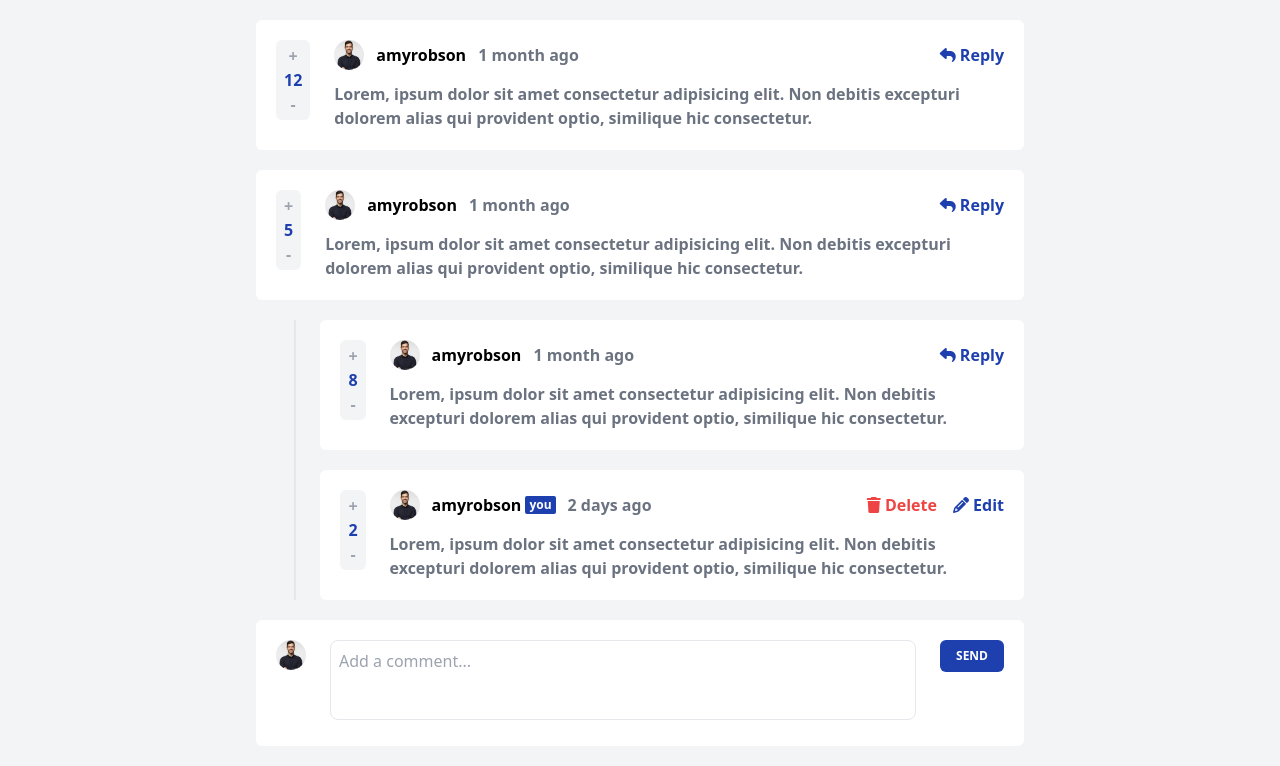
Repository: SmanSayeed/tailwind-work
Page: index.html
An editor plug-in stored every save of this project. The page is shown before and after the next save, followed by the edit.
The browser window is 1280 px wide. The pictures show the whole page.
Some web libraries are served in a nearby version.

Above is the page before, as saved 2024-03-15 16:02:29.

### index.html
<!DOCTYPE html>
<html>
  <head>
    <meta charset="UTF-8" />
    <meta name="viewport" content="width=device-width, initial-scale=1.0" />
    <script src="https://cdn.tailwindcss.com"></script>
    <link
      rel="stylesheet"
      href="https://cdnjs.cloudflare.com/ajax/libs/font-awesome/6.5.1/css/all.min.css"
    />
  </head>
  <!-- bg-[#F5F6FA]  -->
  <body class="bg-gray-100">
    <!-- container  -->
    <div
      class="flex justify-center items-end flex-col gap-5 lg:w-[60%] mx-auto my-5"
    >
      <!-- card div  -->
      <div
        class="w-full p-5 rounded rounded-md bg-white flex justify-start items-start gap-6"
      >
        <!-- increment decrement part  -->
        <div
          class="flex flex-col justify-between items-center bg-gray-100 py-1 px-2 rounded-md"
        >
          <div class="text-gray-400 text-base font-semibold">+</div>
          <div class="text-blue-800 font-bold text-base">12</div>
          <div class="text-gray-400 text-base font-semibold">-</div>
        </div>
        <!-- increment decrement part end -->

        <div class="flex flex-col justify-start items-start gap-3">
          <div class="flex flex-row justify-between items-center w-full">
            <div class="flex justify-start items-center gap-3">
              <img
                src="image.jpeg"
                alt="image"
                class="h-[30px] w-[30px] rounded-full"
              />
              <div class="text-base font-bold">amyrobson</div>
              <div class="text-base text-gray-500 font-semibold">
                1 month ago
              </div>
            </div>
            <div class="text-base font-bold text-blue-800">
              <i class="fa fa-reply" aria-hidden="true"></i>
              Reply
            </div>
          </div>

          <div class="text-base text-gray-500 font-semibold">
            Lorem, ipsum dolor sit amet consectetur adipisicing elit. Non
            debitis excepturi dolorem alias qui provident optio, similique hic
            consectetur.
          </div>
        </div>
      </div>
      <!-- card div end  -->

        <!-- card div  -->
        <div
        class="w-full p-5 rounded rounded-md bg-white flex justify-start items-start gap-6"
      >
        <!-- increment decrement part  -->
        <div
          class="flex flex-col justify-between items-center bg-gray-100 py-1 px-2 rounded-md"
        >
          <div class="text-gray-400 text-base font-semibold">+</div>
          <div class="text-blue-800 font-bold text-base">5</div>
          <div class="text-gray-400 text-base font-semibold">-</div>
        </div>
        <!-- increment decrement part end -->

        <div class="flex flex-col justify-start items-start gap-3">
          <div class="flex flex-row justify-between items-center w-full">
            <div class="flex justify-start items-center gap-3">
              <img
                src="image.jpeg"
                alt="image"
                class="h-[30px] w-[30px] rounded-full"
              />
              <div class="text-base font-bold">amyrobson</div>
              <div class="text-base text-gray-500 font-semibold">
                1 month ago
              </div>
            </div>
            <div class="text-base font-bold text-blue-800">
              <i class="fa fa-reply" aria-hidden="true"></i>
              Reply
            </div>
          </div>

          <div class="text-base text-gray-500 font-semibold">
            Lorem, ipsum dolor sit amet consectetur adipisicing elit. Non
            debitis excepturi dolorem alias qui provident optio, similique hic
            consectetur.
          </div>
        </div>
      </div>
      <!-- card div end  -->

      <!-- nested card container start  -->
      <div
        class="w-[95%] pl-6 rounded-r-md border-l-2 border-l-gray-200 flex justify-end flex-col items-start gap-5"
      >
        <!-- nested card  -->
        <div
          class="w-full p-5 rounded rounded-md bg-white flex justify-start items-start gap-6"
        >
          <!-- increment decrement part  -->
          <div
            class="flex flex-col justify-between items-center bg-gray-100 py-1 px-2 rounded-md"
          >
            <div class="text-gray-400 text-base font-semibold">+</div>
            <div class="text-blue-800 font-bold text-base">8</div>
            <div class="text-gray-400 text-base font-semibold">-</div>
          </div>
          <!-- increment decrement part end -->

          <div class="flex flex-col justify-start items-start gap-3">
            <div class="flex flex-row justify-between items-center w-full">
              <div class="flex justify-start items-center gap-3">
                <img
                  src="image.jpeg"
                  alt="image"
                  class="h-[30px] w-[30px] rounded-full"
                />
                <div class="text-base font-bold">amyrobson</div>
                <div class="text-base text-gray-500 font-semibold">
                  1 month ago
                </div>
              </div>
              <div class="flex gap-2">
                <div class="text-base font-bold text-blue-800">
                  <i class="fa fa-reply" aria-hidden="true"></i>
                  Reply
                </div>
              </div>
            </div>

            <div class="text-base text-gray-500 font-semibold">
              Lorem, ipsum dolor sit amet consectetur adipisicing elit. Non
              debitis excepturi dolorem alias qui provident optio, similique hic
              consectetur.
            </div>
          </div>
        </div>
        <!-- nested card end -->

           <!-- nested card  -->
           <div
           class="w-full p-5 rounded rounded-md bg-white flex justify-start items-start gap-6"
         >
           <!-- increment decrement part  -->
           <div
             class="flex flex-col justify-between items-center bg-gray-100 py-1 px-2 rounded-md"
           >
             <div class="text-gray-400 text-base font-semibold">+</div>
             <div class="text-blue-800 font-bold text-base">2</div>
             <div class="text-gray-400 text-base font-semibold">-</div>
           </div>
           <!-- increment decrement part end -->

           <div class="flex flex-col justify-start items-start gap-3">
             <div class="flex flex-row justify-between items-center w-full">
               <div class="flex justify-start items-center gap-3">
                 <img
                   src="image.jpeg"
                   alt="image"
                   class="h-[30px] w-[30px] rounded-full"
                 />
                 <div class=" flex justify-center items-center gap-1">
                    <span class="text-base font-bold">
                        amyrobson
                    </span>
                    <span class="px-1 py-[1px] text-xs bg-blue-800 text-white rounded-sm flex justify-center items-center font-semibold">you</span>
                 </div>
                 <div class="text-base text-gray-500 font-semibold">
                   2 days ago
                 </div>
               </div>
               <div class="flex gap-4">
                <div class="text-base font-bold text-red-500">
                    <i class="fa fa-trash" aria-hidden="true"></i>
                    Delete
                  </div>
                 <div class="text-base font-bold text-blue-800">
                   <i class="fa fa-pencil" aria-hidden="true"></i>
                   Edit
                 </div>
               </div>
             </div>

             <div class="text-base text-gray-500 font-semibold">
               Lorem, ipsum dolor sit amet consectetur adipisicing elit. Non
               debitis excepturi dolorem alias qui provident optio, similique hic
               consectetur.
             </div>
           </div>
         </div>
         <!-- nested card end -->
      </div>
      <!-- nested card end  -->

      <!-- comment form div  -->

      <div
        class="w-full p-5 rounded rounded-md bg-white flex justify-center items-start gap-6"
      >
        <img
          src="image.jpeg"
          alt="image"
          class="h-[30px] w-[30px] rounded-full"
        />
        <div class="relative flex-grow">
          <textarea
            class="w-full h-20 p-2 border rounded-lg resize-none"
            placeholder="Add a comment..."
          ></textarea>
        </div>

        <button
          class="bg-blue-800 text-white px-4 py-2 text-xs rounded-md font-semibold"
        >
          SEND
        </button>
      </div>
      <!-- comment form div end  -->
    </div>
    <!-- container div end  -->
  </body>
</html>

After the next save:
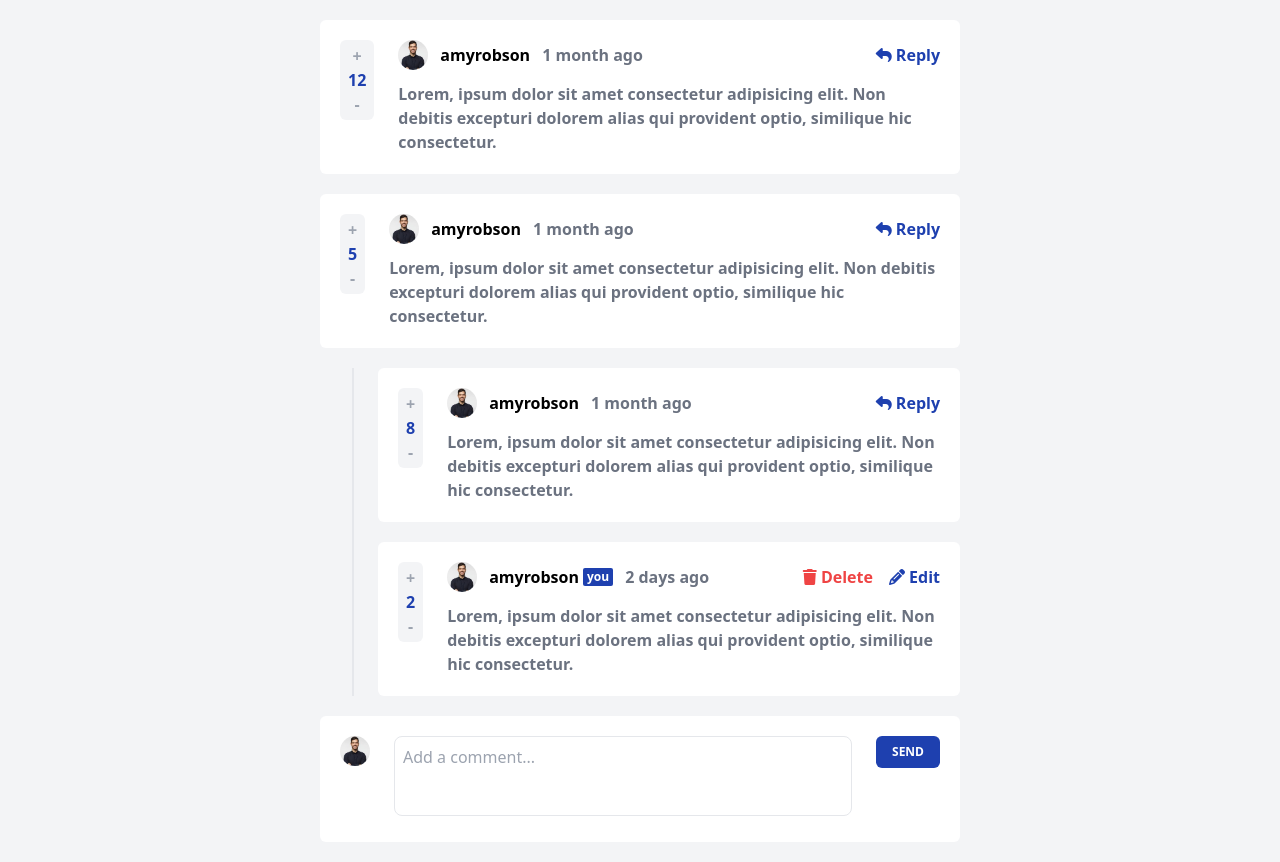
Saved 4 s later.
--- a/index.html
+++ b/index.html
@@ -13,7 +13,7 @@
   <body class="bg-gray-100">
     <!-- container  -->
     <div
-      class="flex justify-center items-end flex-col gap-5 lg:w-[60%] mx-auto my-5"
+      class="flex justify-center items-end flex-col gap-5 lg:w-[50%] mx-auto my-5"
     >
       <!-- card div  -->
       <div
